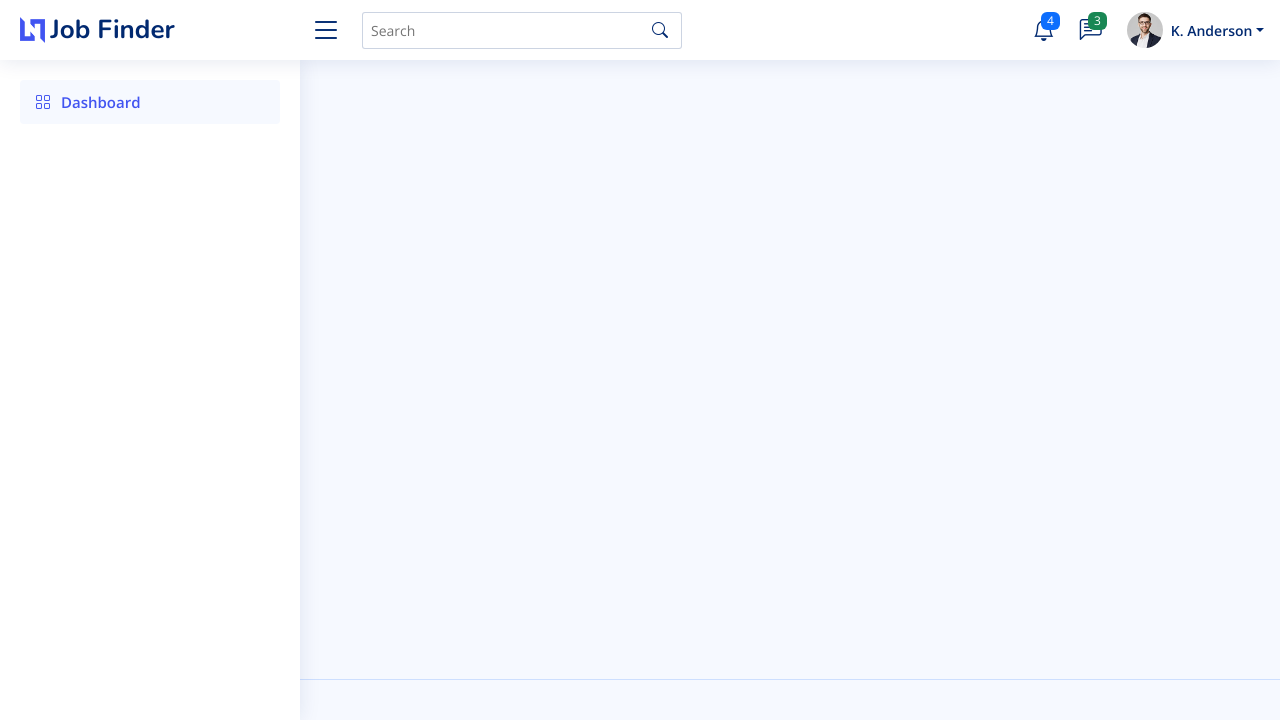
Repository: neha-rouniyar/jobfinder
Page: http://localhost/admin-dashboard
The author's editor kept a copy of each file at every save. The page is drawn from the files as they stood at one save, then again after the next save.
The browser window is 1280 px wide. The pictures show the whole page.
The page is served by the project's Laravel application, run on PHP 8.4 with Laravel 10.

Above is the page before, as saved 2023-12-21 22:42:16.

After the next save:
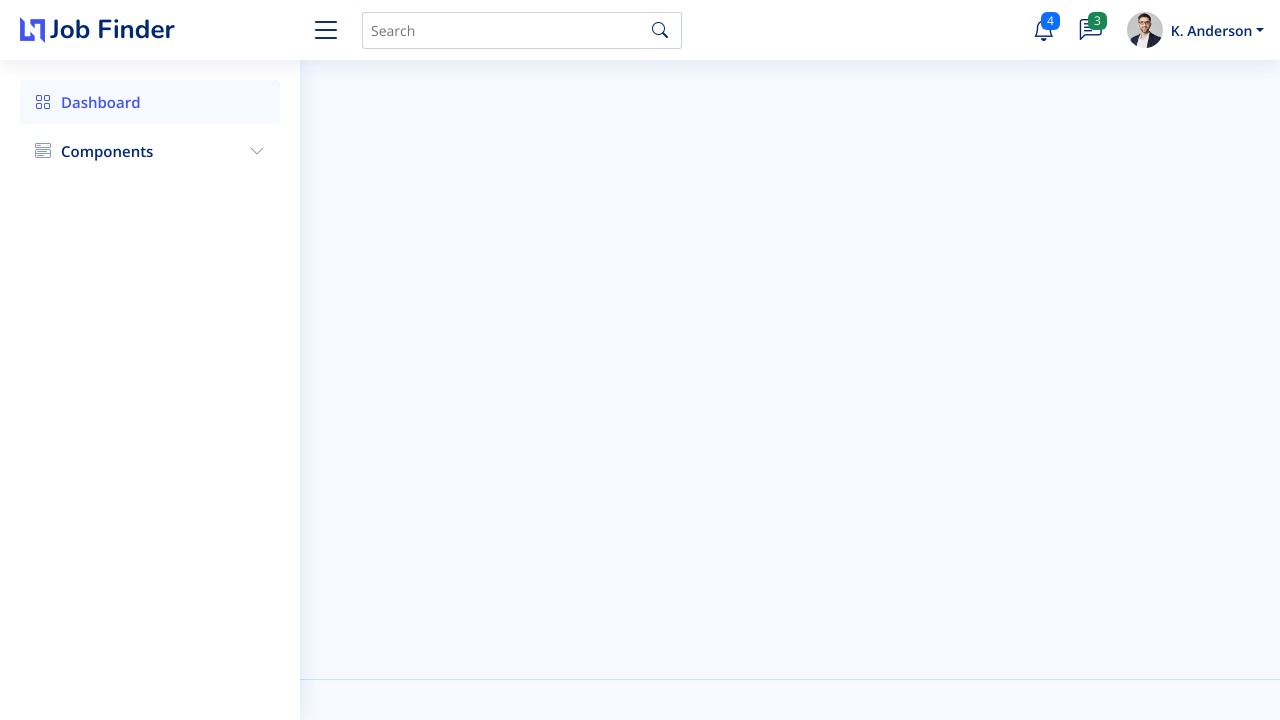
Saved 65 s later.
--- a/resources/views/admin/adminfiles/sidebar.blade.php
+++ b/resources/views/admin/adminfiles/sidebar.blade.php
@@ -38,47 +38,83 @@
   @endif
 
 
-      {{-- <li class="nav-item">
-        <a class="nav-link collapsed" href="pages-faq.html">
-          <i class="bi bi-question-circle"></i>
-          <span>F.A.Q</span>
+  <li class="nav-item">
+    <a class="nav-link collapsed" data-bs-target="#components-nav" data-bs-toggle="collapse" href="#">
+      <i class="bi bi-menu-button-wide"></i><span>Components</span><i class="bi bi-chevron-down ms-auto"></i>
+    </a>
+    <ul id="components-nav" class="nav-content collapse " data-bs-parent="#sidebar-nav">
+      <li>
+        <a href="components-alerts.html">
+          <i class="bi bi-circle"></i><span>Alerts</span>
         </a>
-      </li><!-- End F.A.Q Page Nav -->
-
-      <li class="nav-item">
-        <a class="nav-link collapsed" href="pages-contact.html">
-          <i class="bi bi-envelope"></i>
-          <span>Contact</span>
+      </li>
+      <li>
+        <a href="components-accordion.html">
+          <i class="bi bi-circle"></i><span>Accordion</span>
         </a>
-      </li><!-- End Contact Page Nav -->
-
-      <li class="nav-item">
-        <a class="nav-link collapsed" href="pages-register.html">
-          <i class="bi bi-card-list"></i>
-          <span>Register</span>
+      </li>
+      <li>
+        <a href="components-badges.html">
+          <i class="bi bi-circle"></i><span>Badges</span>
         </a>
-      </li><!-- End Register Page Nav -->
-
-      <li class="nav-item">
-        <a class="nav-link collapsed" href="pages-login.html">
-          <i class="bi bi-box-arrow-in-right"></i>
-          <span>Login</span>
+      </li>
+      <li>
+        <a href="components-breadcrumbs.html">
+          <i class="bi bi-circle"></i><span>Breadcrumbs</span>
         </a>
-      </li><!-- End Login Page Nav -->
-
-      <li class="nav-item">
-        <a class="nav-link collapsed" href="pages-error-404.html">
-          <i class="bi bi-dash-circle"></i>
-          <span>Error 404</span>
+      </li>
+      <li>
+        <a href="components-buttons.html">
+          <i class="bi bi-circle"></i><span>Buttons</span>
         </a>
-      </li><!-- End Error 404 Page Nav -->
-
-      <li class="nav-item">
-        <a class="nav-link collapsed" href="pages-blank.html">
-          <i class="bi bi-file-earmark"></i>
-          <span>Blank</span>
+      </li>
+      <li>
+        <a href="components-cards.html">
+          <i class="bi bi-circle"></i><span>Cards</span>
         </a>
-      </li><!-- End Blank Page Nav --> --}}
+      </li>
+      <li>
+        <a href="components-carousel.html">
+          <i class="bi bi-circle"></i><span>Carousel</span>
+        </a>
+      </li>
+      <li>
+        <a href="components-list-group.html">
+          <i class="bi bi-circle"></i><span>List group</span>
+        </a>
+      </li>
+      <li>
+        <a href="components-modal.html">
+          <i class="bi bi-circle"></i><span>Modal</span>
+        </a>
+      </li>
+      <li>
+        <a href="components-tabs.html">
+          <i class="bi bi-circle"></i><span>Tabs</span>
+        </a>
+      </li>
+      <li>
+        <a href="components-pagination.html">
+          <i class="bi bi-circle"></i><span>Pagination</span>
+        </a>
+      </li>
+      <li>
+        <a href="components-progress.html">
+          <i class="bi bi-circle"></i><span>Progress</span>
+        </a>
+      </li>
+      <li>
+        <a href="components-spinners.html">
+          <i class="bi bi-circle"></i><span>Spinners</span>
+        </a>
+      </li>
+      <li>
+        <a href="components-tooltips.html">
+          <i class="bi bi-circle"></i><span>Tooltips</span>
+        </a>
+      </li>
+    </ul>
+  </li>
 
     </ul>
 

After the 4 saves that followed:
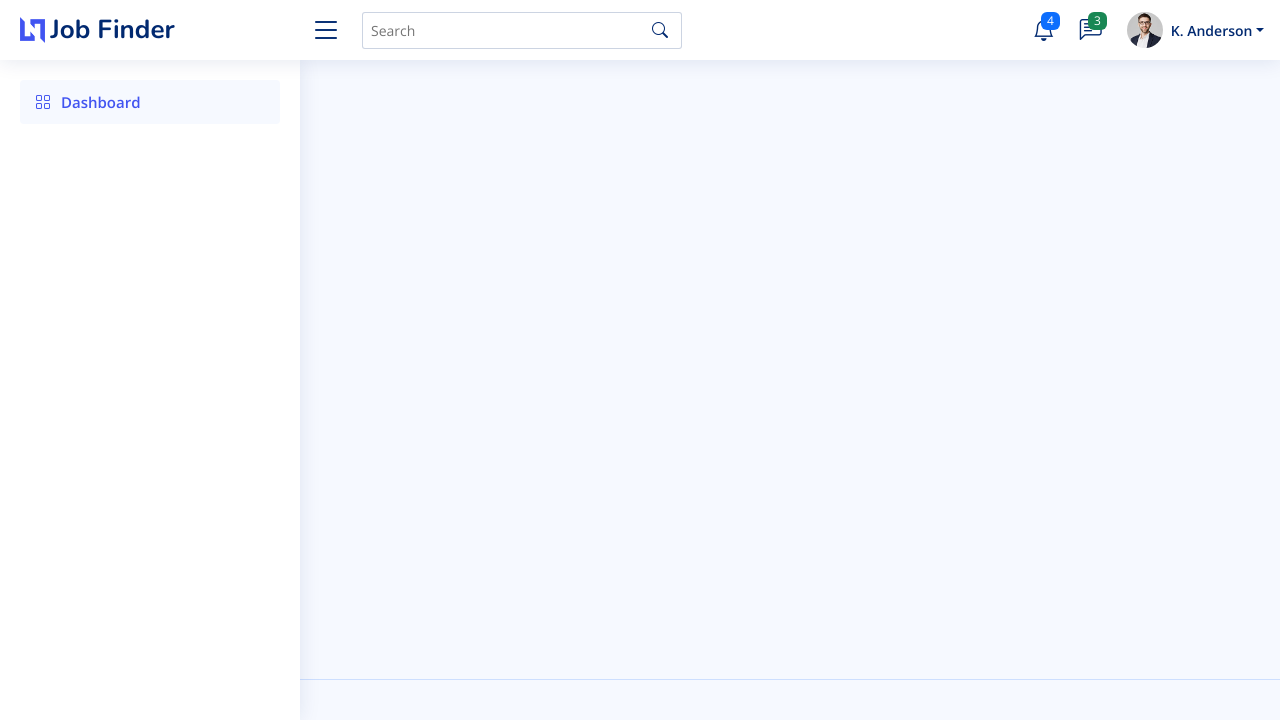
The 4 saves are shown as one change because 1 left the picture as it was and some came seconds apart.
The last was saved 37 s later.
--- a/resources/views/admin/adminfiles/sidebar.blade.php
+++ b/resources/views/admin/adminfiles/sidebar.blade.php
@@ -24,10 +24,21 @@
         </a>
       </li>
       <li class="nav-item">
-        <a class="nav-link collapsed" href="">
-            <i class="bi bi-person"></i>
-            <span>Jobs Posted</span>
+        <a class="nav-link collapsed" data-bs-target="#components-nav" data-bs-toggle="collapse" href="#">
+          <i class="bi bi-menu-button-wide"></i><span>Jobs</span><i class="bi bi-chevron-down ms-auto"></i>
         </a>
+        <ul id="components-nav" class="nav-content collapse " data-bs-parent="#sidebar-nav">
+          <li>
+            <a href="components-alerts.html">
+              <i class="bi bi-circle"></i><span>Alerts</span>
+            </a>
+          </li>
+          <li>
+            <a href="components-accordion.html">
+              <i class="bi bi-circle"></i><span>Accordion</span>
+            </a>
+          </li>
+        </ul>
       </li>
       <li class="nav-item">
         <a class="nav-link collapsed" href="">
@@ -38,83 +49,7 @@
   @endif
 
 
-  <li class="nav-item">
-    <a class="nav-link collapsed" data-bs-target="#components-nav" data-bs-toggle="collapse" href="#">
-      <i class="bi bi-menu-button-wide"></i><span>Components</span><i class="bi bi-chevron-down ms-auto"></i>
-    </a>
-    <ul id="components-nav" class="nav-content collapse " data-bs-parent="#sidebar-nav">
-      <li>
-        <a href="components-alerts.html">
-          <i class="bi bi-circle"></i><span>Alerts</span>
-        </a>
-      </li>
-      <li>
-        <a href="components-accordion.html">
-          <i class="bi bi-circle"></i><span>Accordion</span>
-        </a>
-      </li>
-      <li>
-        <a href="components-badges.html">
-          <i class="bi bi-circle"></i><span>Badges</span>
-        </a>
-      </li>
-      <li>
-        <a href="components-breadcrumbs.html">
-          <i class="bi bi-circle"></i><span>Breadcrumbs</span>
-        </a>
-      </li>
-      <li>
-        <a href="components-buttons.html">
-          <i class="bi bi-circle"></i><span>Buttons</span>
-        </a>
-      </li>
-      <li>
-        <a href="components-cards.html">
-          <i class="bi bi-circle"></i><span>Cards</span>
-        </a>
-      </li>
-      <li>
-        <a href="components-carousel.html">
-          <i class="bi bi-circle"></i><span>Carousel</span>
-        </a>
-      </li>
-      <li>
-        <a href="components-list-group.html">
-          <i class="bi bi-circle"></i><span>List group</span>
-        </a>
-      </li>
-      <li>
-        <a href="components-modal.html">
-          <i class="bi bi-circle"></i><span>Modal</span>
-        </a>
-      </li>
-      <li>
-        <a href="components-tabs.html">
-          <i class="bi bi-circle"></i><span>Tabs</span>
-        </a>
-      </li>
-      <li>
-        <a href="components-pagination.html">
-          <i class="bi bi-circle"></i><span>Pagination</span>
-        </a>
-      </li>
-      <li>
-        <a href="components-progress.html">
-          <i class="bi bi-circle"></i><span>Progress</span>
-        </a>
-      </li>
-      <li>
-        <a href="components-spinners.html">
-          <i class="bi bi-circle"></i><span>Spinners</span>
-        </a>
-      </li>
-      <li>
-        <a href="components-tooltips.html">
-          <i class="bi bi-circle"></i><span>Tooltips</span>
-        </a>
-      </li>
-    </ul>
-  </li>
+
 
     </ul>
 
